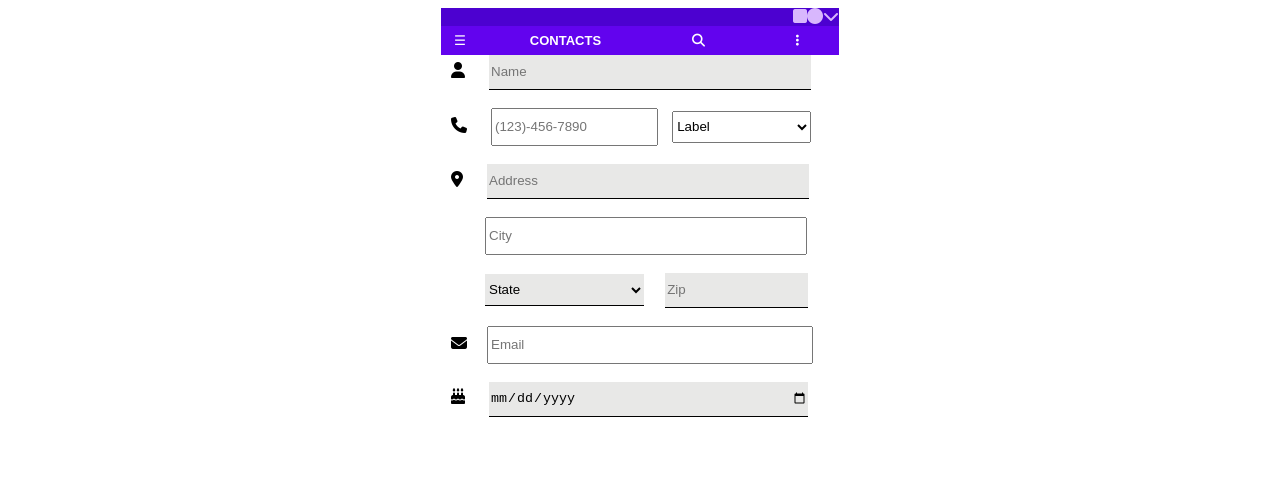
Repository: Sc-Juju/Mobile-Form
Page: index.html
These files come from the project's save history. The page is drawn as it stood at one moment and after the next save; the edit follows.
The browser window is 1280 px wide. The pictures show the whole page.
Some web libraries are served in a nearby version.

Above is the page before, as saved 2022-10-27 22:21:47.

After the next save:
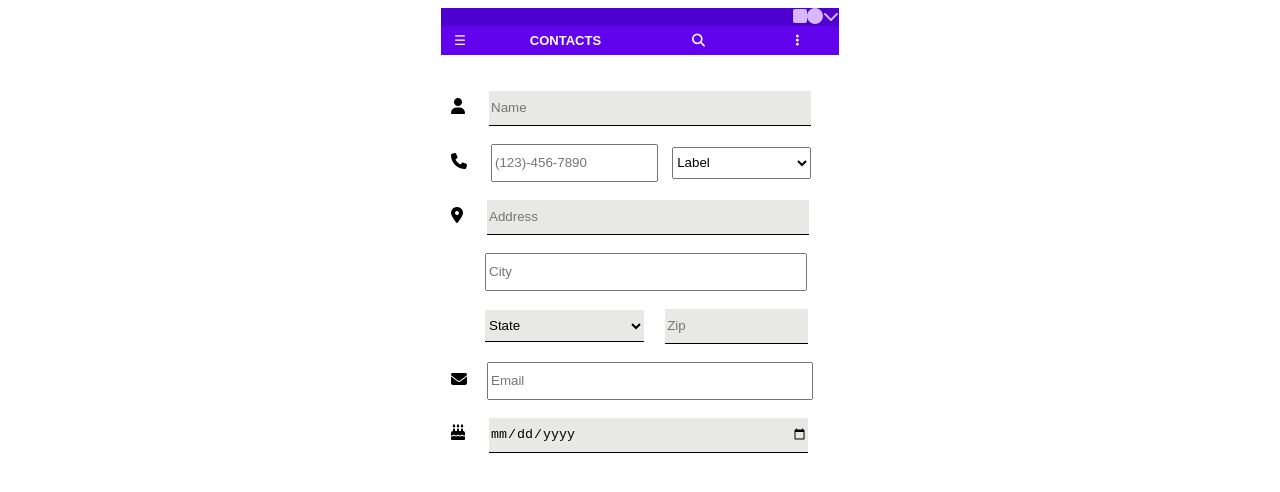
Saved 3 min 39 s later.
--- a/index.html
+++ b/index.html
@@ -47,6 +47,7 @@
 					</li>
 				</ul>
 			</div>
+			<br /><br />
 		</header>
 		<form action="">
 			<label for="name"><i class="fa-solid fa-user"></i></label>
